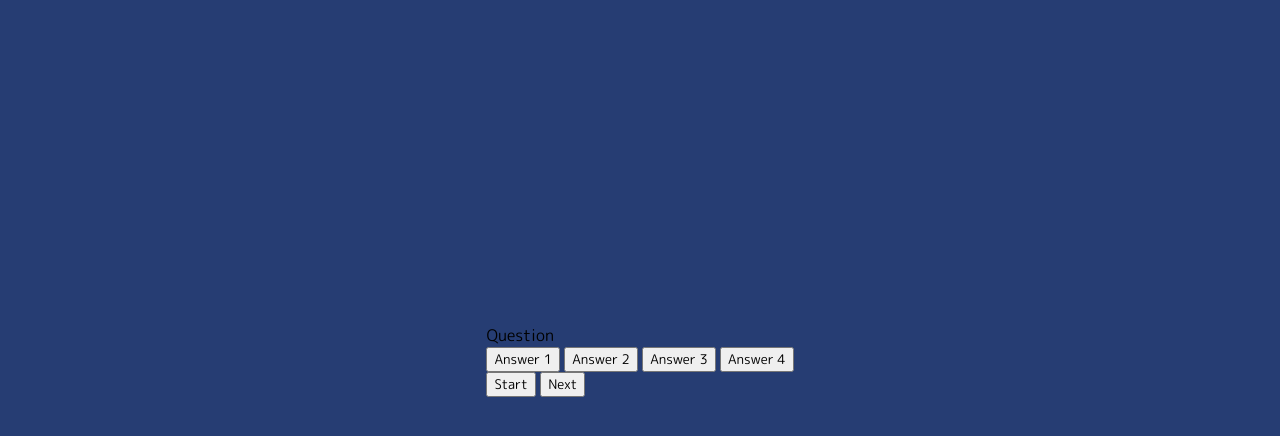
Repository: spidero7/Star-Wars_Quiz-Game
Page: index.html
The author's editor kept a copy of each file at every save. The page is drawn from the files as they stood at one save, then again after a run of saves.
The browser window is 1280 px wide. The pictures show the whole page.

Above is the page before, as saved 2021-08-29 07:41:12.

### index.html
<!DOCTYPE html>
<html lang="en">
<head>
    <meta charset="UTF-8">
    <meta http-equiv="X-UA-Compatible" content="IE=edge">
    <meta name="viewport" content="width=device-width, initial-scale=1.0">
    <title>Quiz Game</title>
    <link rel="preconnect" href="https://fonts.googleapis.com">
    <link rel="preconnect" href="https://fonts.gstatic.com" crossorigin>
    <link href="https://fonts.googleapis.com/css2?family=M+PLUS+Rounded+1c&display=swap" rel="stylesheet">
    <link rel="stylesheet" href="style.css">
</head>
<body>

    <div id="containter">
        <div id="question-container">
            <div id="question">Question</div>
            <div id="answer-buttons">
                <button class="btn">Answer 1</button>
                <button class="btn">Answer 2</button>
                <button class="btn">Answer 3</button>
                <button class="btn">Answer 4</button>
            </div>
        </div>
        <div id="control-panel">
            <button class="btn" id="start-btn">Start</button>
            <button class="btn" id="next-btn">Next</button>
        </div>
    </div>


    <script src="app.js"></script>
</body>
</html>

### style.css
*, *::after, *::before {
    box-sizing: border-box;
    font-family: 'M PLUS Rounded 1c', sans-serif;
}

:root {
    --hue-normal: 222;
    --hue-correct: 120;
    --hue-wrong: 0;
}

body {
    --hue: var(--hue-normal);
    padding: 0;
    margin: 0;
    display: flex;
    width: 100vw;
    height: 100vh;
    justify-content: center;
    align-items: center;
    background-color: hsl(var(--hue), 50%, 30%);
}

.container {
    width: 500px;
    max-width: 80%;
    background-color: white;
    border-radius: 5px;
    padding: 10px;

}

Loaded but not shown: app.js (no copy from this time; the picture is the same without it)

After the next 2 saves:
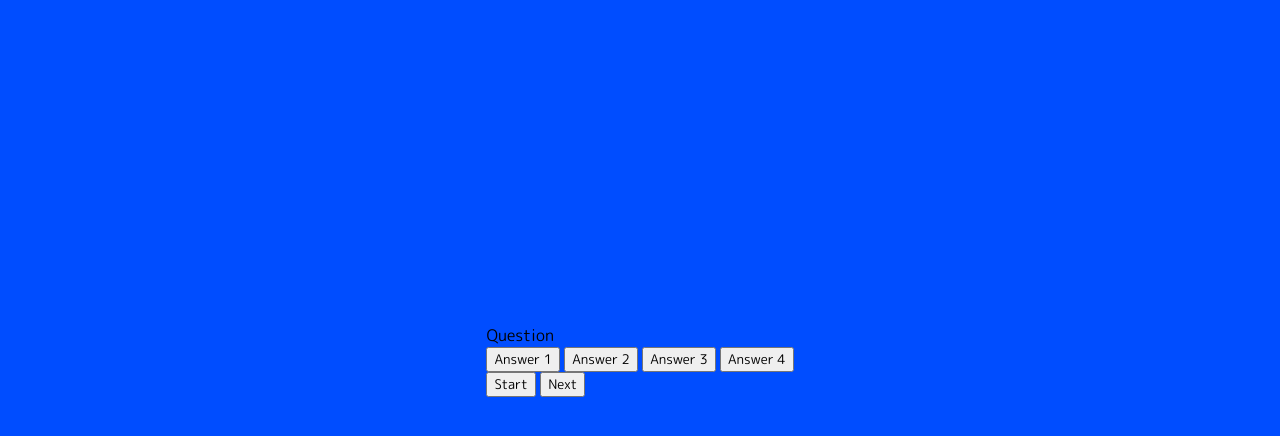
The 2 saves are shown as one change because they came seconds apart.
The last was saved 50 s later.
--- a/style.css
+++ b/style.css
@@ -18,7 +18,7 @@ body {
     height: 100vh;
     justify-content: center;
     align-items: center;
-    background-color: hsl(var(--hue), 50%, 30%);
+    background-color: hsl(var(--hue), 100%, 50%);
 }
 
 .container {
